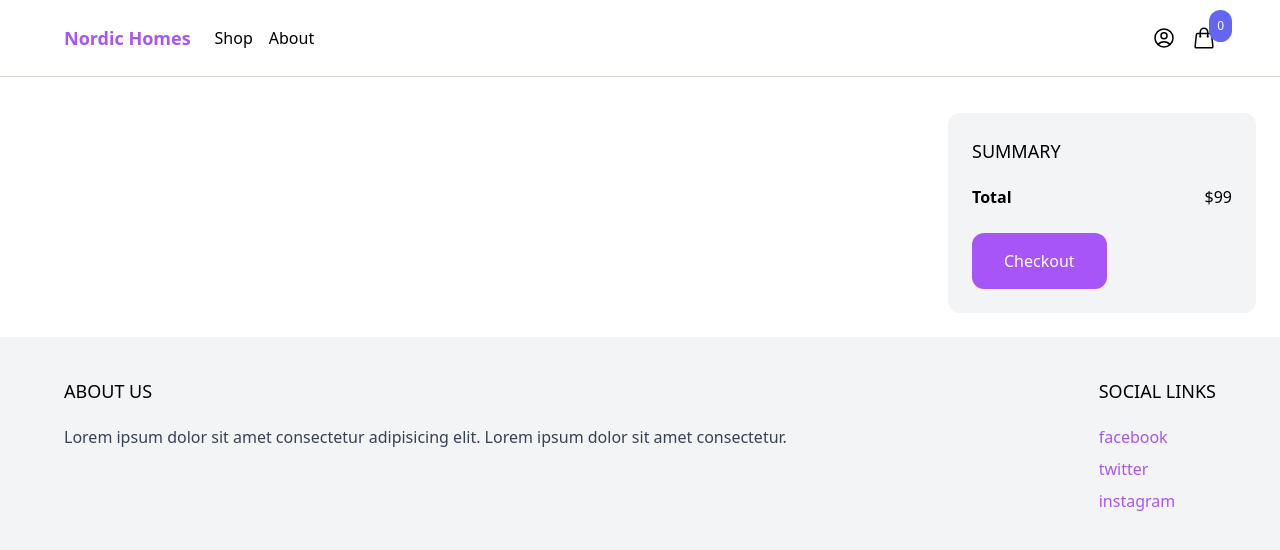
Repository: Calin224/NordicHomes
Page: cart/templates/cart/cart.html
The author's editor kept a copy of each file at every save. The page is drawn from the files as they stood at one save, then again after the next save.
The browser window is 1280 px wide. The pictures show the whole page.
Some web libraries are served in a nearby version. The template is drawn by Django 4.2. The application's start-up code is not run. Other server files are loaded and not shown. The template is opened directly, without the code that normally fills it, so the values that code supplies are empty.

Above is the page before, as saved 2023-02-16 20:36:02.

### cart/templates/cart/cart.html
{% extends 'core/base.html' %}

{% block content %}

<div class="max-2-6xl mx-auto flex flex-wrap items-start py-6 px-6 ">
    <div class="products w-full lg:w-3/4">
        <div class="product mb-6 flex pr-6">
            <a href="#" class="w-1/4"></a>
        </div>
    </div>

    <div class="summary w-full lg:w-1/4 p-6 bg-gray-100 rounded-xl mt-3">
        <h2 class="uppercase text-lg mb-5">Summary</h2>

        <div class="mb-6 flex justify-between">
            <span class="font-semibold">Total</span>
            <span>$99</span>
        </div>

        <a href="#" class="inline-block px-8 py-4 rounded-xl bg-purple-500 hover:bg-purple-700 text-white">Checkout</a>
    </div>
</div>

{% endblock %}

### core/templates/core/base.html
<!DOCTYPE html>
<html lang="en">

<head>
    <meta charset="UTF-8">
    <meta name="viewport" content="width=device-width, initial-scale=1.0">
    <script src="https://cdn.tailwindcss.com"></script>
</head>

<body>
    <nav class="border-b border-gray-300">
        <div class="max-w-6xl mx-auto py-2 px-6 xl:px-0 flex items-center justify-between">
            <div class="menu-left flex items-center space-x-6">
                <a href="{% url 'frontpage' %}" class="py-4 text-lg text-purple-500 font-semibold">Nordic Homes</a>

                <ul class="flex items-center space-x-4">
                    <li><a href="{% url 'shop' %}">Shop</a></li>
                    <li><a href="#">About</a></li>


                    {% if request.user.is_authenticated %}
                        <li><a href="{% url 'logout' %}" class="px-4 py-2 bg-purple-500 hover:bg-purple-700 text-white rounded-lg">Logout</a></li>
                    {% endif %}

                </ul>
            </div>

            <div class="menu-right flex items-center space-x-4">
                <a href="#">
                    <svg xmlns="http://www.w3.org/2000/svg" fill="none" viewBox="0 0 24 24" stroke-width="1.5"
                        stroke="currentColor" class="w-6 h-6">
                        <path stroke-linecap="round" stroke-linejoin="round"
                            d="M17.982 18.725A7.488 7.488 0 0012 15.75a7.488 7.488 0 00-5.982 2.975m11.963 0a9 9 0 10-11.963 0m11.963 0A8.966 8.966 0 0112 21a8.966 8.966 0 01-5.982-2.275M15 9.75a3 3 0 11-6 0 3 3 0 016 0z" />
                    </svg>

                </a>

                {% include 'cart/menu_cart.html' %}
            </div>
        </div>
    </nav>

    <main>
        {% block content %}{% endblock content %}
    </main>

    <footer class="bg-gray-100">
        <div class="max-w-6xl mx-auto py-10 px-6 xl:px-0 md:flex justify-between">
            <div class="footer-left mb-12 md:mb-0">
                <h2 class="mb-5 uppercase text-lg">about us</h2>
                <p class="text-gray-700">Lorem ipsum dolor sit amet consectetur adipisicing elit. Lorem ipsum dolor sit
                    amet consectetur.</p>
            </div>

            <div class="footer-right">
                <h2 class="mb-5 uppercase text-lg">social links</h2>
                <ul class="space-y-2">
                    <li><a href="#" class="text-purple-500 hover:text-purple-800">facebook</a></li>
                    <li><a href="#" class="text-purple-500 hover:text-purple-800">twitter</a></li>
                    <li><a href="#" class="text-purple-500 hover:text-purple-800">instagram</a></li>
                </ul>
            </div>
        </div>
    </footer>

    <script src="https://unpkg.com/htmx.org@1.8.5"></script>
</body>

</html>

### cart/templates/cart/menu_cart.html
<a href="#" id="menu-cart-button" class="relative">
    <svg xmlns="http://www.w3.org/2000/svg" fill="none" viewBox="0 0 24 24" stroke-width="1.5"
        stroke="currentColor" class="w-6 h-6">
        <path stroke-linecap="round" stroke-linejoin="round"
            d="M15.75 10.5V6a3.75 3.75 0 10-7.5 0v4.5m11.356-1.993l1.263 12c.07.665-.45 1.243-1.119 1.243H4.25a1.125 1.125 0 01-1.12-1.243l1.264-12A1.125 1.125 0 015.513 7.5h12.974c.576 0 1.059.435 1.119 1.007zM8.625 10.5a.375.375 0 11-.75 0 .375.375 0 01.75 0zm7.5 0a.375.375 0 11-.75 0 .375.375 0 01.75 0z" />
    </svg>
    <span class="p-2 absolute -top-4 -right-4 bg-indigo-500 text-white text-xs rounded-full">{{cart|length}}</span>
</a>

After the next save:
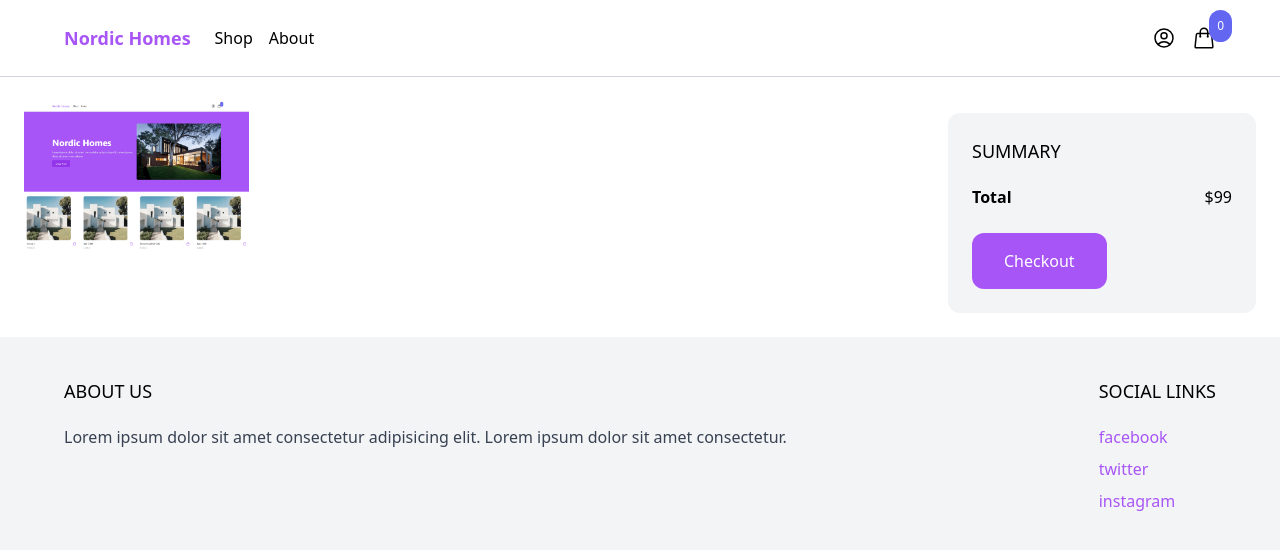
Saved 39 s later.
--- a/cart/templates/cart/cart.html
+++ b/cart/templates/cart/cart.html
@@ -5,7 +5,9 @@
 <div class="max-2-6xl mx-auto flex flex-wrap items-start py-6 px-6 ">
     <div class="products w-full lg:w-3/4">
         <div class="product mb-6 flex pr-6">
-            <a href="#" class="w-1/4"></a>
+            <a href="#" class="w-1/4">
+                <img src="../../../media/Capture.png" alt="" class="hover:shadow-lg rounded-xl">
+            </a>
         </div>
     </div>
 
